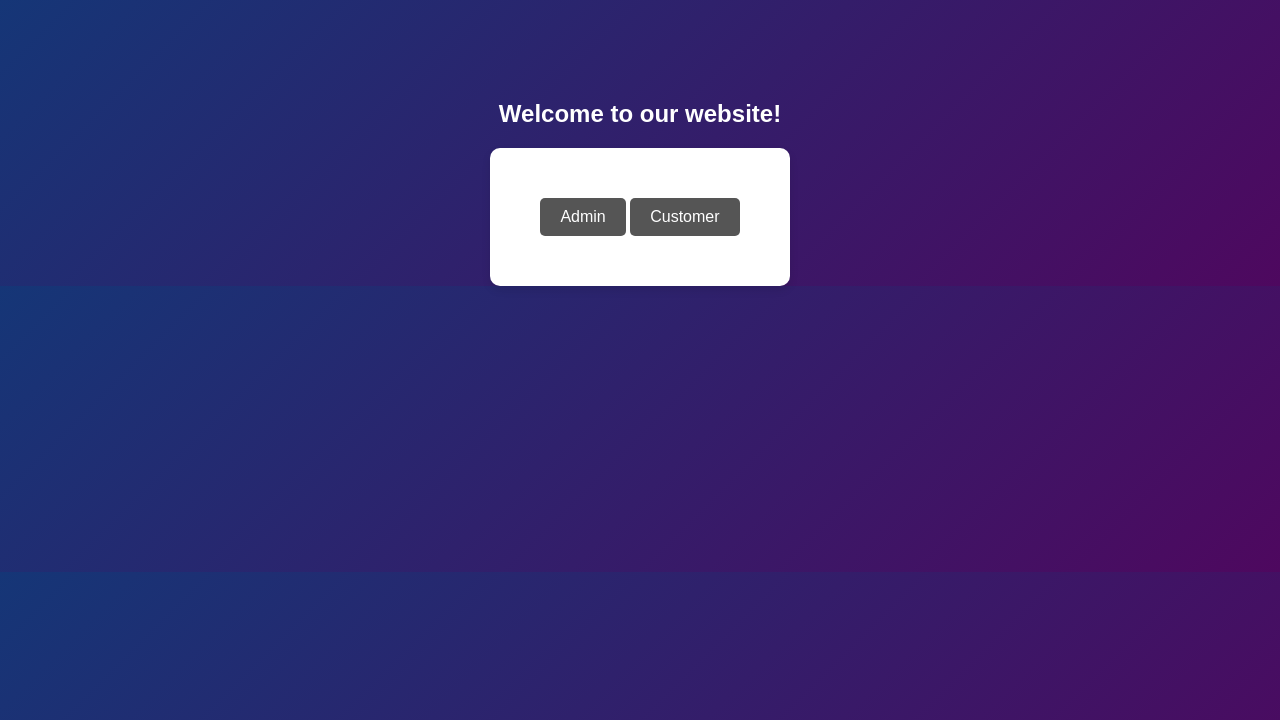
Repository: gauravraj08/bankingSystemJspServlet
Page: http://localhost/BankMangementSystem/
An editor plug-in stored every save of this project. The page is shown before and after the next save, followed by the edit.
The browser window is 1280 px wide. The pictures show the whole page.
The page is served by Tomcat 9.

Above is the page before, as saved 2024-04-20 20:54:51.

After the next save:
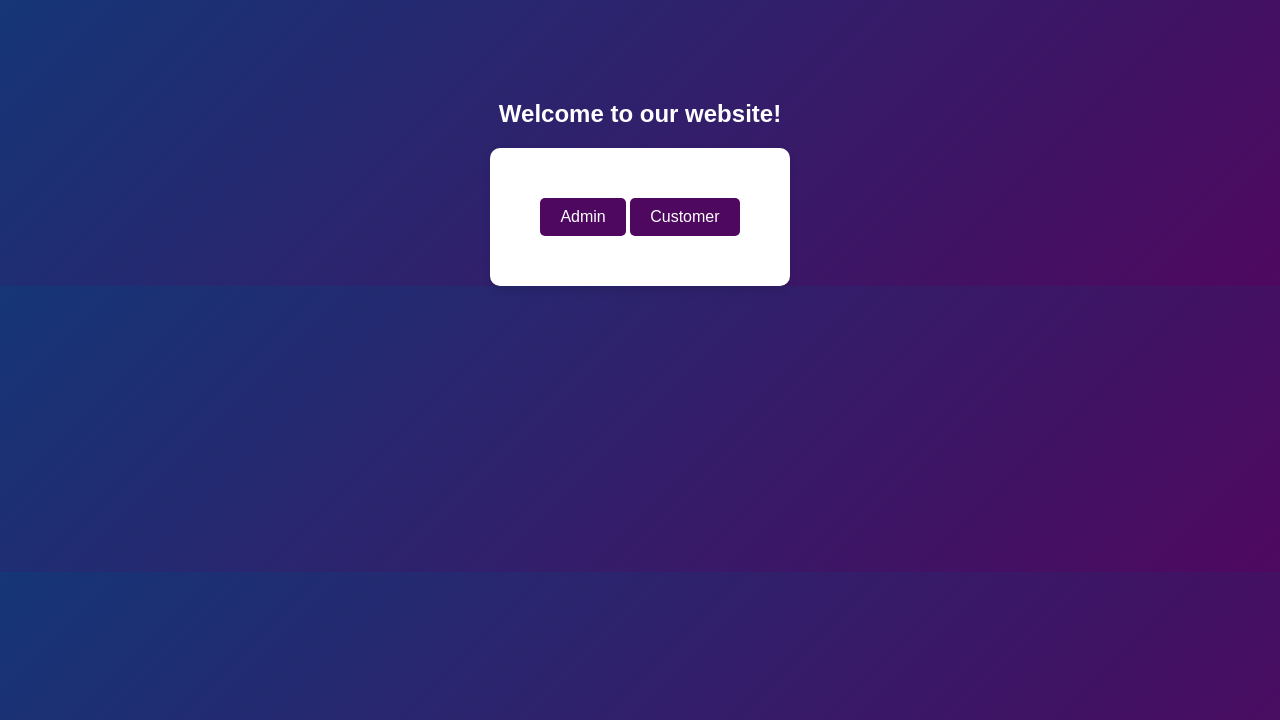
Saved 42 s later.
--- a/BankMangementSystem/src/main/webapp/index.jsp
+++ b/BankMangementSystem/src/main/webapp/index.jsp
@@ -43,7 +43,7 @@ button {
     cursor: pointer;
     border: none;
     border-radius: 5px;
-    background-color: #555;
+    background-color: #4e085f;
     color: #fff;
     transition: background-color 0.3s;
     justify-content:space-between;
